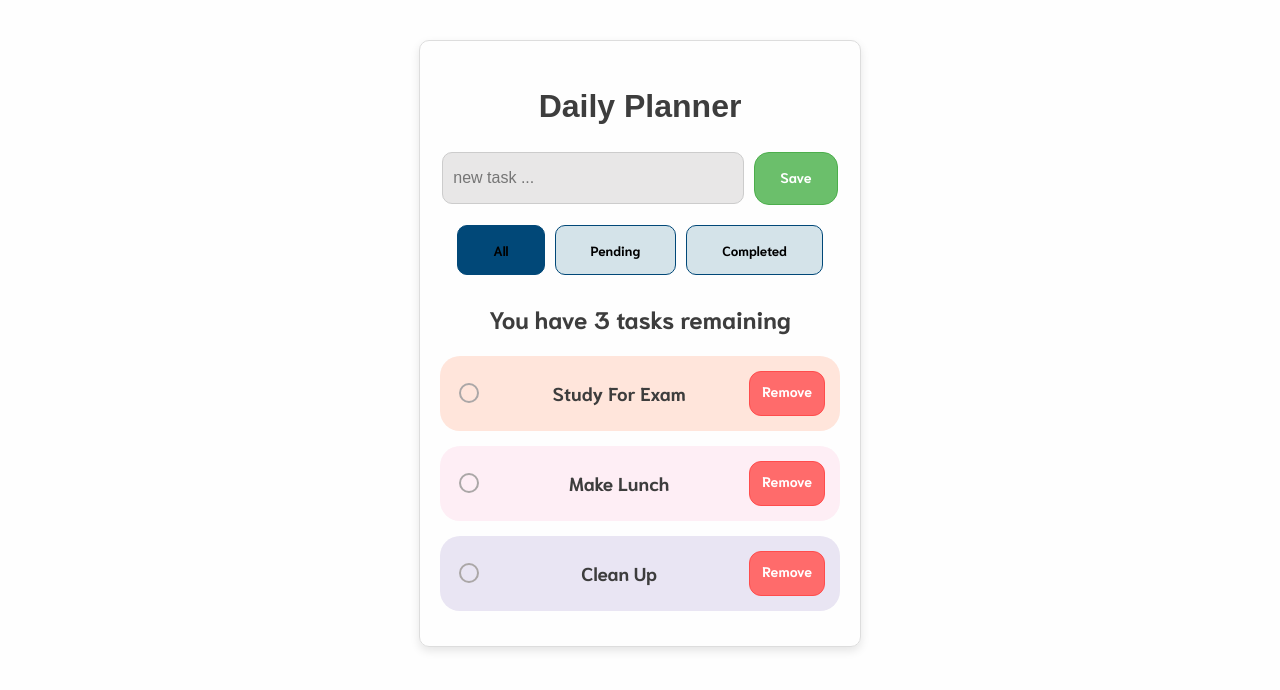
Repository: Zalida-Khan/Frontend-Lab4
Page: /
The author's editor kept a copy of each file at every save. The page is drawn from the files as they stood at one save, then again after the next save.
The browser window is 1280 px wide. The pictures show the whole page.
The pointer rests on the first visible `.filter-buttons button`.
Some web fonts or font styles are not loaded; a fallback is used. The project was rebuilt for these pictures with package versions that can differ from the ones it lists, and the page was loaded fresh each time. Also part of the build but not shown: vite.config.js.

Above is the page before, as saved 2024-10-29 23:09:22.

### index.html
<!doctype html>
<html lang="en">

<head>
  <meta charset="UTF-8" />
  <link rel="icon" type="image/svg+xml" href="/vite.svg" />
  <meta name="viewport" content="width=device-width, initial-scale=1.0" />
  <title>Daily Planner</title>
</head>

<body>
  <div id="root"></div>
  <script type="module" src="/src/main.jsx"></script>
</body>

</html>

### src/App.jsx
import "./App.css";
import React, { useState } from "react";
import Task from "./components/Task";
import TaskForm from "./components/TaskForm";

function App() {
  const [tasks, setTasks] = useState([
    { id: 1, text: "Study For Exam", completed: false },
    { id: 2, text: "Make Lunch", completed: false },
    { id: 3, text: "Clean Up", completed: false },
  ]);


  const [filter, setFilter] = useState("All");

  const addTask = (text) =>
    setTasks([...tasks, { id: Date.now(), text, completed: false }]);

  const toggleTask = (id) =>
    setTasks(
      tasks.map((task) =>
        task.id === id ? { ...task, completed: !task.completed } : task
      )
    );

  const removeTask = (id) => setTasks(tasks.filter((task) => task.id !== id));

  const handleFilterChange = (newFilter) => setFilter(newFilter);

  const filteredTasks = tasks.filter((task) => {
    if (filter === "Completed") return task.completed;
    if (filter === "Pending") return !task.completed;
    return true;
  });

  const remainingTasks = tasks.filter((task) => !task.completed).length;

  return (
    <div className="app">
      <header>
        <h1>Daily Planner</h1>
      </header>
      <TaskForm addTask={addTask} />
      <div className="filter-buttons">
        <button onClick={() => handleFilterChange("All")}>All</button>
        <button onClick={() => handleFilterChange("Pending")}>Pending</button>
        <button onClick={() => handleFilterChange("Completed")}>Completed</button>
      </div>
      <h2>
        You have {remainingTasks}{" "}
        {remainingTasks === 1 ? "task" : "tasks"} remaining
      </h2>
      <div className="task-list">
      {filteredTasks.map((task) => (
          <Task
            key={task.id}
            task={task}
            toggleTask={toggleTask}
            removeTask={removeTask}
            isDisabled={task.completed}
          />
        ))}
      </div>
    </div>
  );
}

export default App;

### src/index.css
:root {
  font-family: Inter, system-ui, Avenir, Helvetica, Arial, sans-serif;
  line-height: 1.5;
  font-weight: 400;

  color-scheme: light dark;
  color: rgba(0, 0, 0, 0.87);
  background-color: #fefefe;

  font-synthesis: none;
  text-rendering: optimizeLegibility;
  -webkit-font-smoothing: antialiased;
  -moz-osx-font-smoothing: grayscale;
}

### src/App.css
@font-face {
  font-family: "Ruska";
  src: url("../fonts/RuskaDisplay-Regular.otf") format("opentype");
  font-weight: normal;
  font-style: normal;
}

@font-face {
  font-family: "Niramit";
  src: url("../fonts/Niramit-Bold.ttf") format("truetype");
  font-weight: normal;
  font-style: normal;
}

#root {
  max-width: 1280px;
  margin: 0 auto;
  padding: 2rem;
  text-align: center;
  font-family: "Niramit", sans-serif;
  color: #3d3d3d;
}

.app {
  width: 400px;
  margin: 0 auto;
  padding: 20px;
  font-family: "Niramit", sans-serif;
  border: 1px solid #ddd;
  border-radius: 10px;
  box-shadow: 0 4px 10px rgba(0, 0, 0, 0.1);
}

h1 {
  font-family: "Ruska", sans-serif;
  font-weight: 50px;
  color: #3d3d3d;
}

.task-list {
  margin-top: 20px;
}

.task {
  display: flex;
  align-items: center;
  justify-content: space-between;
  margin-bottom: 15px;
  padding: 15px;
  border-radius: 20px;
  font-family: "Niramit", sans-serif;
}

.task:nth-child(6n+1) {
  background-color: #ffe5db;
}

.task:nth-child(6n+2) {
  background-color: #feeef5;
}

.task:nth-child(6n+3) {
  background-color: #e9e5f3;
}

.task:nth-child(6n+4) {
  background-color: #e0edf4;
}

.task:nth-child(6n+5) {
  background-color: #f0f8e6;
}

.task:nth-child(6n) {
  background-color: #fbfbef;
}

.task h3 {
  margin: 0;
  flex-grow: 1;
  text-decoration: none;
  font-family: "Niramit", sans-serif;
}

.task.completed h3 {
  text-decoration: line-through 2px solid;
}

.checkmark {
  appearance: none;
  width: 20px;
  height: 20px;
  border-radius: 50%;
  border: 2px solid #aba7a7;
  background-color: transparent;
  display: flex;
  align-items: center;
  justify-content: center;
  cursor: pointer;
  margin-right: 10px;
}

.checkmark:checked {
  background-color: #c6eada;
  border: 2px solid #198754;
}

.checkmark:checked::after {
  content: '✔️';
  color: #3d3d3d;
}

.checkmark:disabled {
  cursor: not-allowed;
  background-color: #d3d3d3;
  border-color: #d3d3d3;
}

.delete-btn {
  padding: 10px 12px;
  border-radius: 12px;
  padding-bottom: 15px;
  font-family: "Niramit", sans-serif;
  background-color: #ff6b6b;
  border: 1px solid #ff4c4c;
  color: white;
  cursor: pointer;
  font-size: 14px;
  transition: background-color 0.3s;
}

.delete-btn:hover {
  background-color: #ff4c4c;
}

.save-btn {
  padding: 15px 25px;
  border-radius: 15px;
  padding-bottom: 18px;
  background-color: #6bbf6b;
  border: 1px solid #4cae4c;
  font-family: "Niramit", sans-serif;
  color: white;
  cursor: pointer;
  font-size: 14px;
  transition: background-color 0.3s;
}

.save-btn:hover {
  background-color: #4cae4c;
}

.input-field {
  width: 70%;
  height: 30px;
  padding: 10px;
  border-radius: 10px;
  background-color: #e8e7e7;
  margin-right: 10px;
  border: 1px solid #ccc;
  font-size: 16px;
  outline: none;
  color: black;
  transition: border-color 0.3s;
}

.input-field:focus {
  border-color: #000000;
}

.filter-buttons {
  margin-top: 15px;
}

.filter-buttons button {
  padding: 15px 35px;
  border: 1px solid #014878;
  border-radius: 10px;
  background-color: #d4e3e9;
  font-family: "Niramit", sans-serif;
  cursor: pointer;
  transition: background-color 0.3s, color 0.3s;
  margin: 5px;
}

.filter-buttons button:hover {
  background-color: #014878;
}

.filter-buttons .active {
  background-color: #01543e;
  color: white;
}

### src/components/Task.jsx
import React from 'react';

function Task({ task, toggleTask, removeTask, isDisabled }) {
  return (
    <div className={`task ${task.completed ? 'completed' : ''}`}>
      <label className="checkmark-label"/>
      <input className="checkmark" type="checkbox" checked={task.completed} onChange={() => toggleTask(task.id)}
      disabled={isDisabled} />
      <h3>{task.text}</h3>
      <button className="delete-btn" onClick={() => removeTask(task.id)}>Remove</button>
    </div>
  );
}

export default Task;

### src/components/TaskForm.jsx
import React, { useState } from 'react';

function TaskForm({ addTask }) {
  const [text, setText] = useState('');

  const handleSubmit = (e) => {
    e.preventDefault();
    if (text.trim()) {
      addTask(text);
      setText('');
    }
  };

  return (
    <form onSubmit={handleSubmit}>
      <input className="input-field" type="text" value={text} onChange={(e) => setText(e.target.value)} placeholder="new task ..." />
      <button className="save-btn" type="submit">Save</button>
    </form>
  );
}

export default TaskForm;

Loaded but not shown: src/main.jsx (common file)

After the next save:
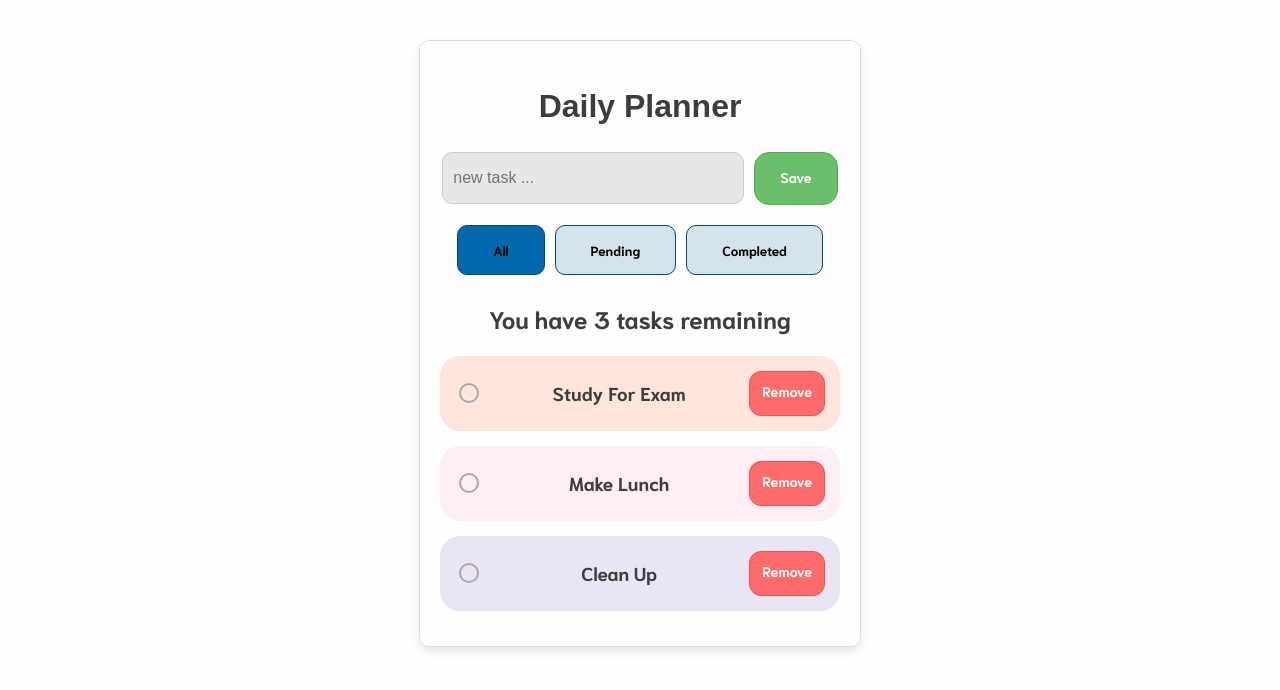
Saved 8 s later.
--- a/src/App.css
+++ b/src/App.css
@@ -184,7 +184,7 @@ h1 {
 }
 
 .filter-buttons button:hover {
-  background-color: #014878;
+  background-color: #0468ac;
 }
 
 .filter-buttons .active {
